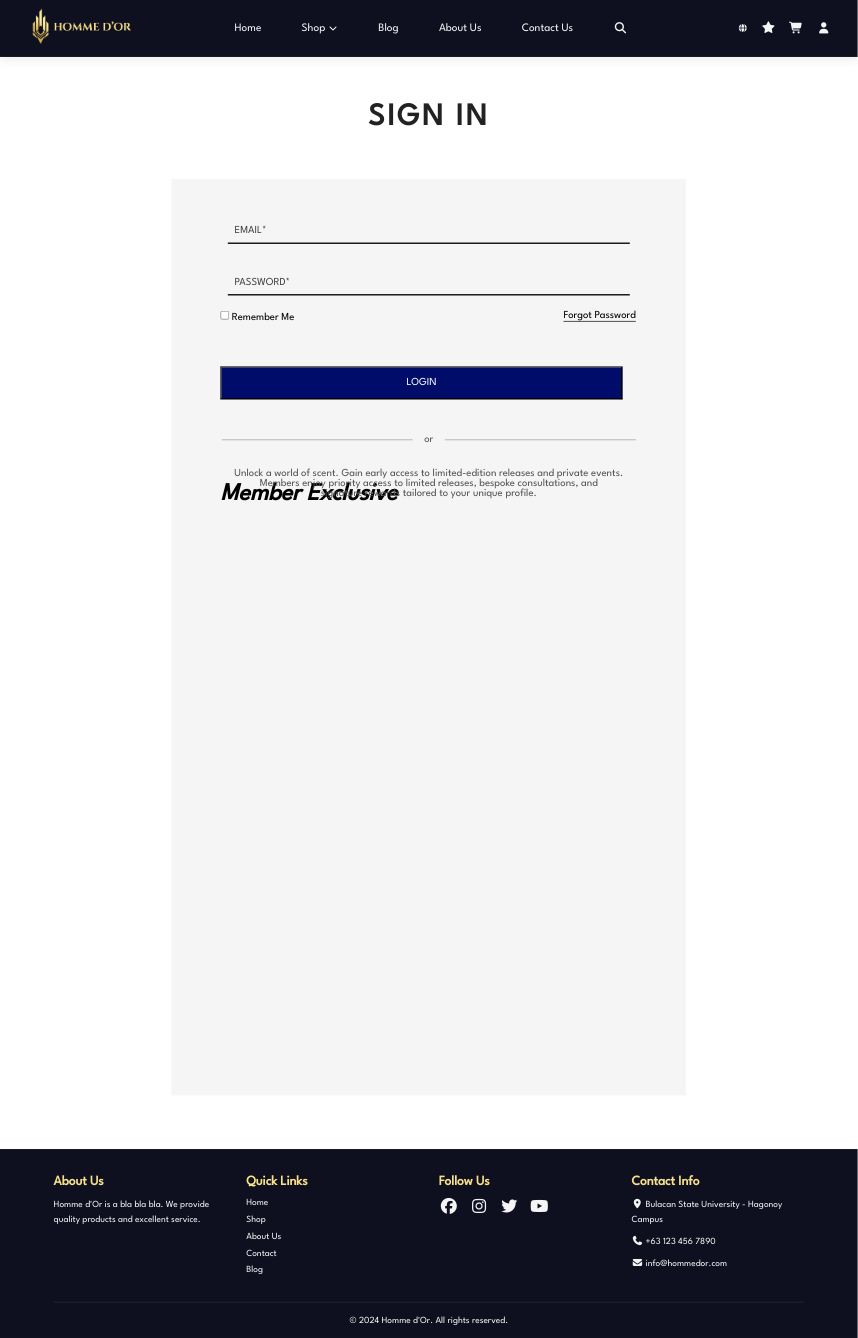
Repository: Izy-Blinken/Homme-d-Or
Page: http://localhost/Homme_dor/pages/login.php?country=ph
These files come from the project's save history. The page is drawn as it stood at one moment and after a run of saves; the edit follows.
The browser window is 1280 px wide. The pictures show the whole page, at 67% of full size.
The page is run by PHP 8.4 with error messages shown; the project is at /var/www/html/.

Above is the page before, as saved 2026-01-24 22:55:01.

After the next 2 saves:
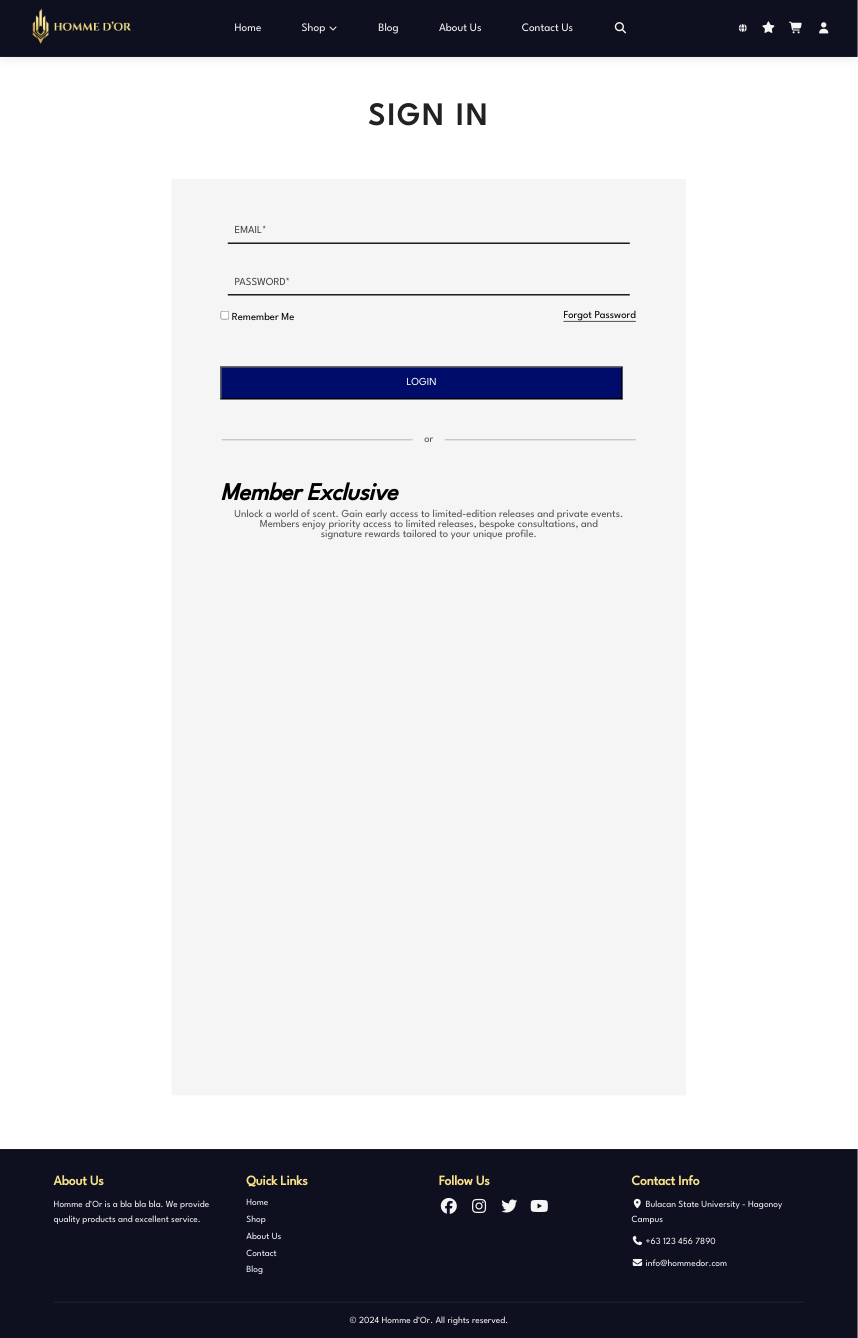
The 2 saves are shown as one change because they came seconds apart.
The last was saved 11 s later.
--- a/pages/login.php
+++ b/pages/login.php
@@ -52,6 +52,9 @@
 
                     <h2><i><b>Member Exclusive</b></i></h2>
 
+                    <div class="logParagraph">
+
+                    </div>
                     <p>Unlock a world of scent. Gain early access to
                         limited-edition releases and private events.<br>
                         Members enjoy priority access to limited releases, bespoke consultations, and<br>
